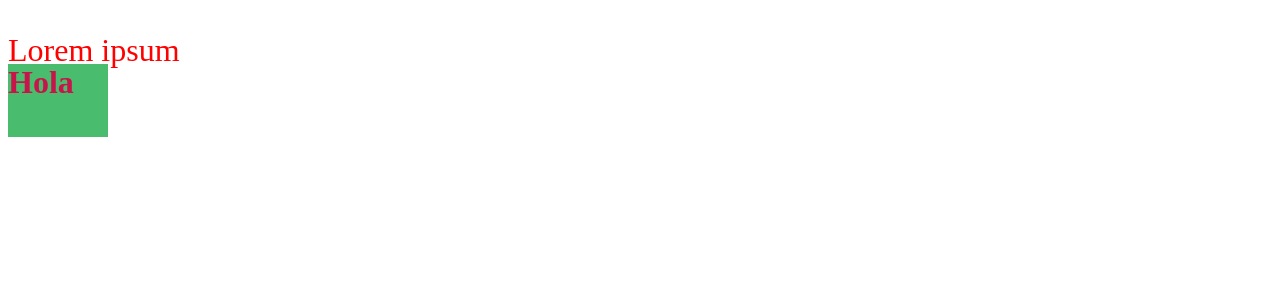
Repository: gadiazsaavedra/Unidad_2
Page: index.html
An editor plug-in stored every save of this project. The page is shown before and after the next save, followed by the edit.
The browser window is 1280 px wide. The pictures show the whole page.

Above is the page before, as saved 2023-08-07 15:38:18.

### index.html
<!DOCTYPE html>
<html>
  <head>
    <meta http-equiv="content-type" content="text/html; charset=UTF-8">
    <title>index.html</title>
    <link type="text/css" rel="stylesheet" href="css/main.css">
  </head>
  <body>
    <p style="width: 100px; height: 73px;" id="mi_parrafo">Hola</p>
    <p>Lorem ipsum</p>
    <p><a href="https://www.google.com/">ir a ....</a><br>
    </p>
  </body>
</html>

### css/main.css
p {
  color: red;
  font-size: xx-large;
}

#mi_parrafo {
  color: #c8144a;
  font-weight: bold;
  background-color: #49bc6d;
  position: absolute;
}

After the next save:
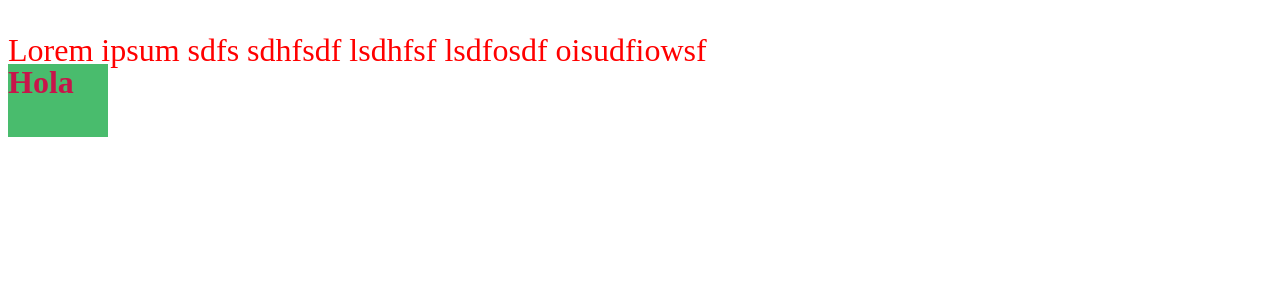
Saved 19 s later.
--- a/index.html
+++ b/index.html
@@ -7,7 +7,7 @@
   </head>
   <body>
     <p style="width: 100px; height: 73px;" id="mi_parrafo">Hola</p>
-    <p>Lorem ipsum</p>
+    <p>Lorem ipsum sdfs sdhfsdf lsdhfsf lsdfosdf oisudfiowsf </p>
     <p><a href="https://www.google.com/">ir a ....</a><br>
     </p>
   </body>
